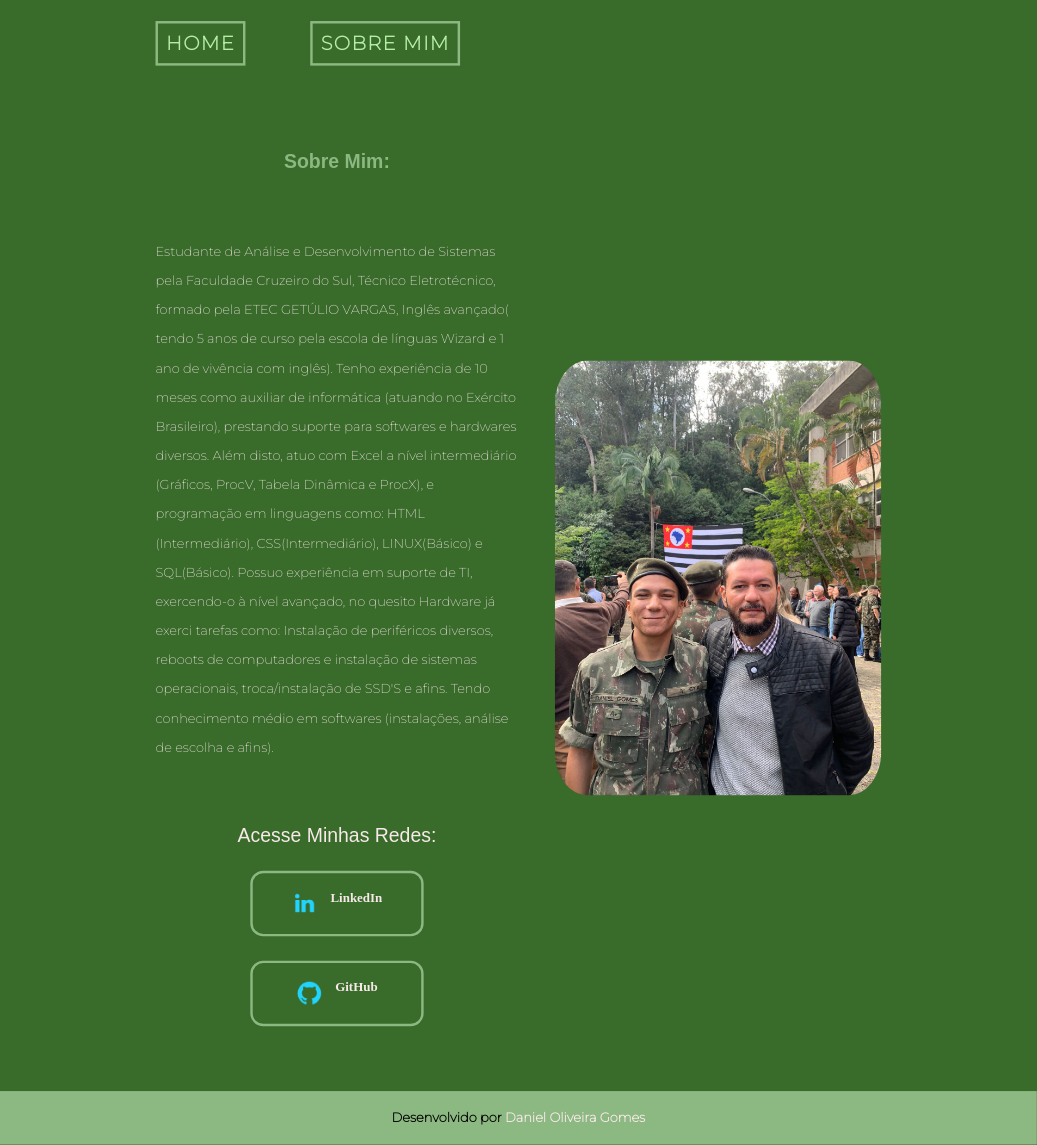
Repository: DamnDTX/Portfolio-Daniel-Oliveira-1
Page: about.html
The author's editor kept a copy of each file at every save. The page is drawn from the files as they stood at one save, then again after the next save.
The browser window is 1280 px wide. The pictures show the whole page, at 81% of full size.
Some web fonts or font styles are not loaded; a fallback is used.

Above is the page before, as saved 2023-07-24 17:22:09.

After the next save:
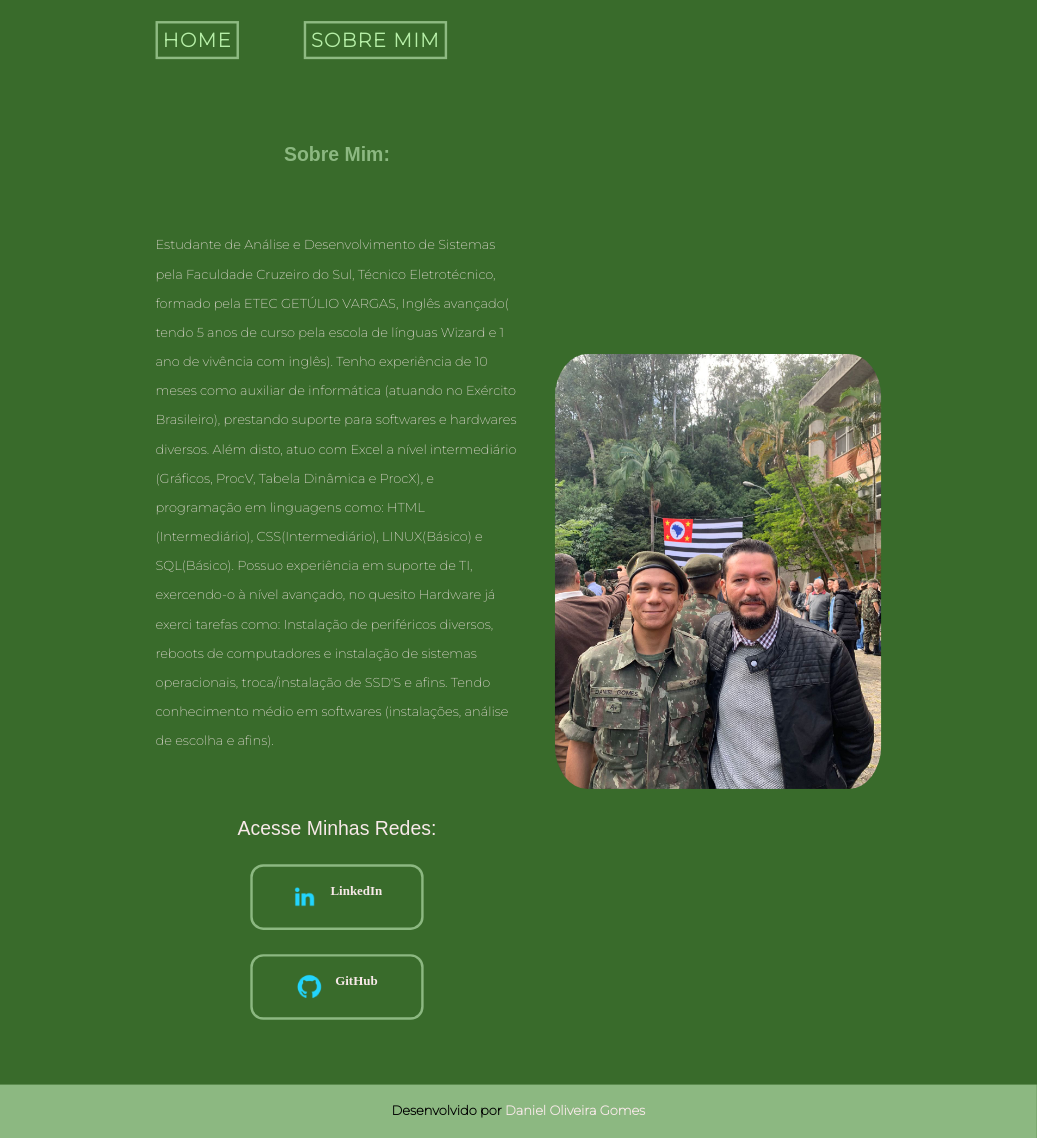
Saved 3 min 7 s later.
--- a/styles/about.css
+++ b/styles/about.css
@@ -46,7 +46,7 @@ gap: 80px;}
     letter-spacing: 0.1rem;
     border-style: solid;
     border-color: #8EBA82;
-    padding: 10px;
+    padding: 6px;
     background-color: transparent;
 }
 
